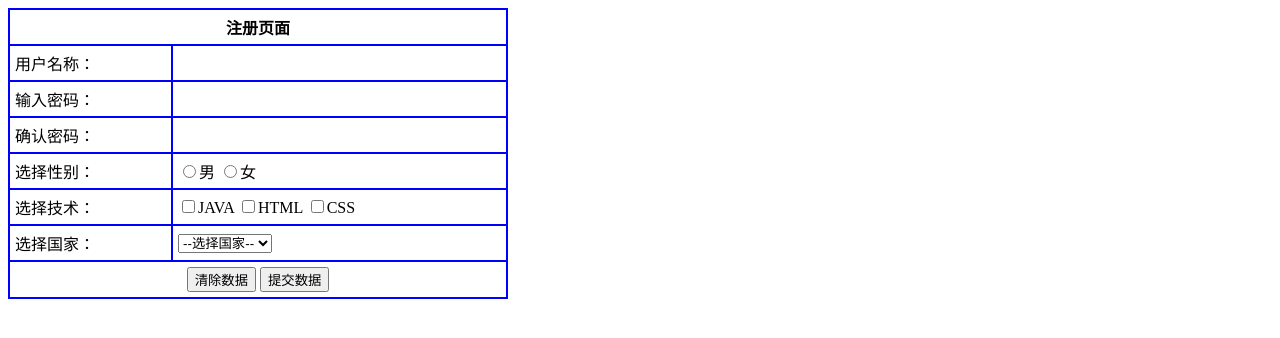
Repository: tangchengjingwen/javaLearningCode
Page: javaLearningCode/day29_html/reg.html
These files come from the project's save history. The page is drawn as it stood at one moment and after the next save; the edit follows.
The browser window is 1280 px wide. The pictures show the whole page.

Above is the page before, as saved 2012-05-13 08:38:42.

After the next save:
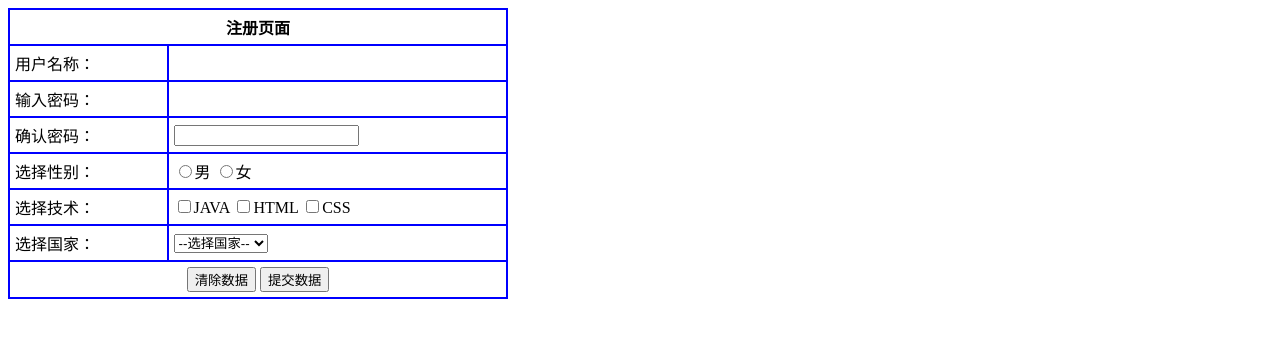
Saved 14 s later.
--- a/javaLearningCode/day29_html/reg.html
+++ b/javaLearningCode/day29_html/reg.html
@@ -32,6 +32,7 @@
         	确认密码：
         </td>
         <td>
+        	<input type="text"
         </td>
     </tr>
     <tr>
